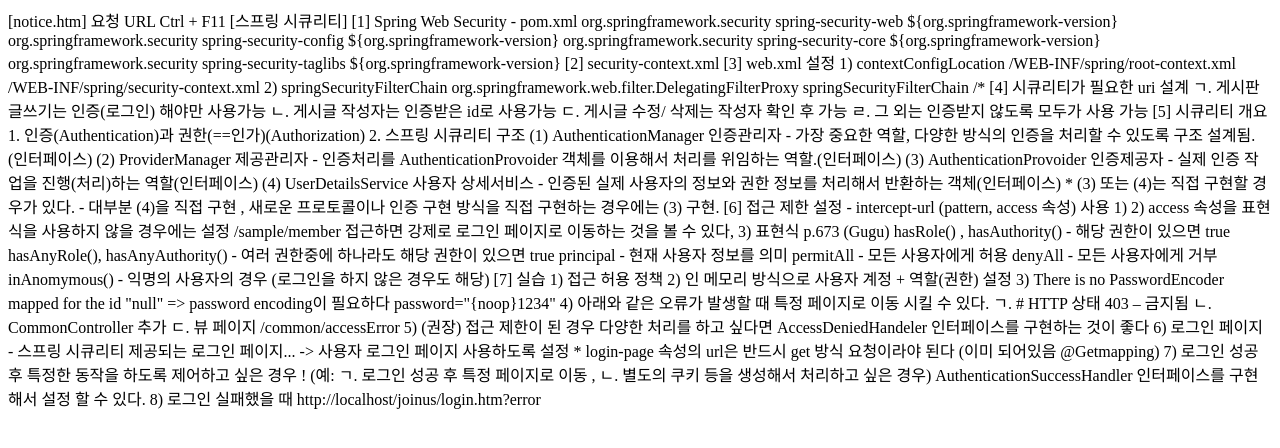
Repository: Vida0822/-
Page: SL11_SECURITY/src/main/webapp/customer/notice.htm
An editor plug-in stored every save of this project. The page is shown before and after the next save, followed by the edit.
The browser window is 1280 px wide. The pictures show the whole page.

Above is the page before, as saved 2023-07-04 03:24:58.

### SL11_SECURITY/src/main/webapp/customer/notice.htm
[notice.htm] 요청 URL
Ctrl + F11




[스프링 시큐리티]
[1] Spring Web Security - pom.xml

<dependency>
		<groupId>org.springframework.security</groupId>
		<artifactId>spring-security-web</artifactId>
		<version>${org.springframework-version}</version>
	</dependency>
<!--beans 설정 버전까지 한글자 한글자 세팅 제대로 해야함 -->

	<dependency>
		<groupId>org.springframework.security</groupId>
		<artifactId>spring-security-config</artifactId>
		<version>${org.springframework-version}</version>
	</dependency>

	<dependency>
		<groupId>org.springframework.security</groupId>
		<artifactId>spring-security-core</artifactId>
		<version>${org.springframework-version}</version>
	</dependency>

	<!-- https://mvnrepository.com/artifact/org.springframework.security/spring-security-taglibs -->
	<dependency>
		<groupId>org.springframework.security</groupId>
		<artifactId>spring-security-taglibs</artifactId>
		<version>${org.springframework-version}</version>
	</dependency>


[2] security-context.xml
<security:http pattern="/static/**" security="none"></security:http>
<security:http pattern="/design/**" security="none"></security:http>

<security:http>
   <security:form-login/>
</security:http>

<security:authentication-manager>
</security:authentication-manager>
<!-- AithenticationManager 인증 관리자 : 가장 중요한 역할, 다양한 방식의 인증을 처리할 수 있도록 구조 설계됨(인터페이스)  -->


[3] web.xml 설정
1)
<context-param>
  <param-name>contextConfigLocation</param-name>
  <param-value>
     /WEB-INF/spring/root-context.xml
     /WEB-INF/spring/security-context.xml
  </param-value>
</context-param>


2)
<filter>
  <filter-name>springSecurityFilterChain</filter-name>
  <filter-class>org.springframework.web.filter.DelegatingFilterProxy</filter-class>
</filter>
<filter-mapping>
      <filter-name>springSecurityFilterChain</filter-name>
      <url-pattern>/*</url-pattern>
</filter-mapping>



[4] 시큐리티가 필요한 uri 설계
   	ㄱ. 게시판 글쓰기는 인증(로그인) 해야만 사용가능
   	ㄴ. 게시글 작성자는 인증받은 id로 사용가능
   	ㄷ. 게시글 수정/ 삭제는 작성자 확인 후 가능
   	ㄹ. 그 외는 인증받지 않도록 모두가 사용 가능


[5] 시큐리티 개요

   1. 인증(Authentication)과 권한(==인가)(Authorization)

   2. 스프링 시큐리티 구조
      (1) AuthenticationManager 인증관리자 - 가장 중요한 역할, 다양한 방식의 인증을 처리할 수 있도록 구조 설계됨.(인터페이스)
      (2) ProviderManager 제공관리자 - 인증처리를 AuthenticationProvoider 객체를 이용해서 처리를 위임하는 역할.(인터페이스)
      (3) AuthenticationProvoider 인증제공자 - 실제 인증 작업을 진행(처리)하는 역할(인터페이스)
      (4) UserDetailsService 사용자 상세서비스 - 인증된 실제 사용자의 정보와 권한 정보를 처리해서 반환하는 객체(인터페이스)

      * (3) 또는 (4)는 직접 구현할 경우가 있다.

        - 대부분 (4)을 직접 구현 , 새로운 프로토콜이나 인증 구현 방식을 직접 구현하는 경우에는 (3) 구현.



[6] 접근 제한 설정 - intercept-url (pattern, access  속성) 사용
1)
<http>
	<intercept-url pattern="url패턴" access="권한 체크(권한명, 표현식)"/>
</http>
2) access 속성을 표현식을 사용하지 않을 경우에는 <http use-expression = false> 설정

/sample/member 접근하면 강제로 로그인 페이지로 이동하는 것을 볼 수 있다,

3) 표현식  p.673 (Gugu)
hasRole() , hasAuthority() - 해당 권한이 있으면 true
hasAnyRole(), hasAnyAuthority() - 여러 권한중에 하나라도 해당 권한이 있으면 true
principal - 현재 사용자 정보를 의미
permitAll - 모든 사용자에게 허용
denyAll - 모든 사용자에게 거부
inAnomymous() - 익명의 사용자의 경우 (로그인을 하지 않은 경우도 해당)



[7] 실습

1) 접근 허용 정책
	<security:intercept-url pattern="/customer/noticeReg.htm" access="isAuthenticated()" />
	<security:intercept-url pattern="/customer/noticeDel.htm" access="hasRole('ROLE_ADMIN')" />
	<security:intercept-url pattern="/**" access="permitAll"/>

2) 인 메모리 방식으로 사용자 계정 + 역할(권한) 설정
	<security:authentication-manager>
	<security:authentication-provider> <!-- 실제 인증을 처리하는 객체 -->
		<security:user-service>
			<security:user name="hong" authorities="ROLE_USER" password="1234"/>
			<security:user name="admin" authorities="ROLE_USER, ROLE_ADMIN, ROLE_MANAGER" password="1234"/>
		</security:user-service>
	</security:authentication-provider>
</security:authentication-manager>

3) There is no PasswordEncoder mapped for the id "null"
=> password encoding이 필요하다
password="{noop}1234"





4) 아래와 같은 오류가 발생할 때 특정 페이지로 이동 시킬 수 있다.

ㄱ.
# HTTP 상태 403 – 금지됨
 <security:access-denied-handler error-page="/common/accessError.htm"/>

ㄴ. CommonController 추가
ㄷ. 뷰 페이지 /common/accessError


5) (권장) 접근 제한이 된 경우 다양한 처리를 하고 싶다면 AccessDeniedHandeler 인터페이스를 구현하는 것이 좋다

6) 로그인 페이지 - 스프링 시큐리티 제공되는 로그인 페이지...
   -> 사용자 로그인 페이지 사용하도록 설정

   <security:form-login login-page="/joinus.login.htm"/>
* login-page 속성의 url은 반드시 get 방식 요청이라야 된다 (이미 되어있음 @Getmapping)


7) 로그인 성공 후 특정한 동작을 하도록 제어하고 싶은 경우 !
(예: ㄱ. 로그인 성공 후 특정 페이지로 이동 , ㄴ. 별도의 쿠키 등을 생성해서 처리하고 싶은 경우)
AuthenticationSuccessHandler 인터페이스를 구현해서 설정 할 수 있다.

8) 로그인 실패했을 때
	http://localhost/joinus/login.htm?error

After the next save:
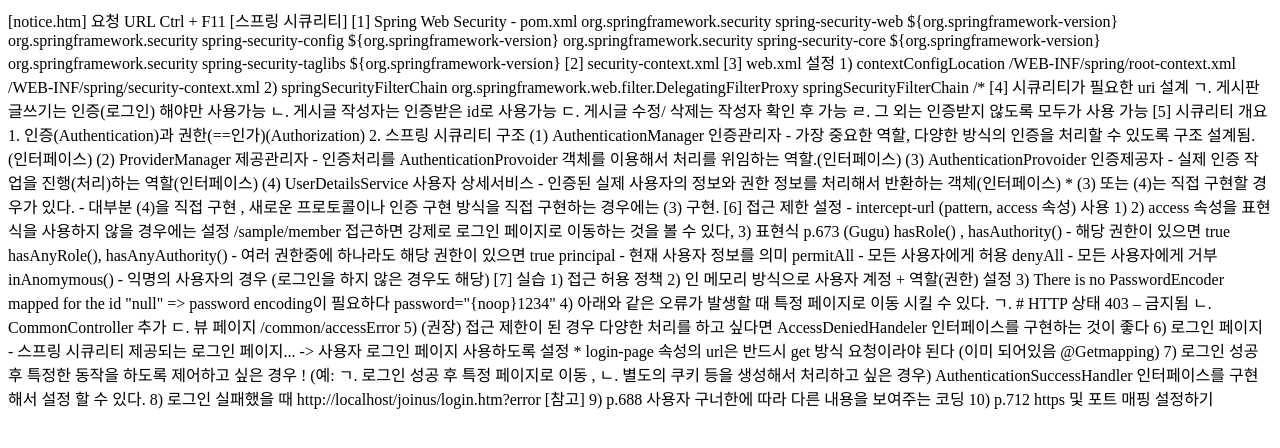
Saved 50 s later.
--- a/SL11_SECURITY/src/main/webapp/customer/notice.htm
+++ b/SL11_SECURITY/src/main/webapp/customer/notice.htm
@@ -162,3 +162,7 @@
 
 8) 로그인 실패했을 때
 	http://localhost/joinus/login.htm?error
+
+[참고]
+9) p.688 사용자 구너한에 따라 다른 내용을 보여주는 코딩
+10) p.712 https 및 포트 매핑 설정하기
